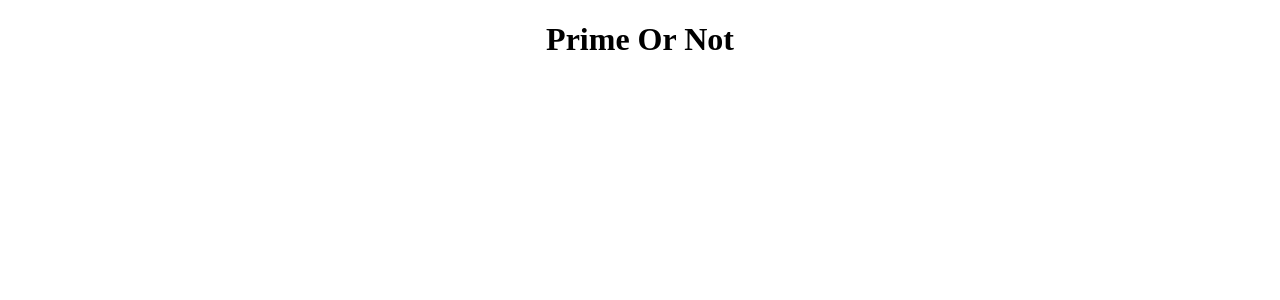
Repository: Gani25/adv_java_b2
Page: http://localhost/jsp_demo/check_number.jsp
An editor plug-in stored every save of this project. The page is shown before and after the next save, followed by the edit.
The browser window is 1280 px wide. The pictures show the whole page.
The page is served by Tomcat 9.

Above is the page before, as saved 2025-08-25 10:15:40.

After the next save:
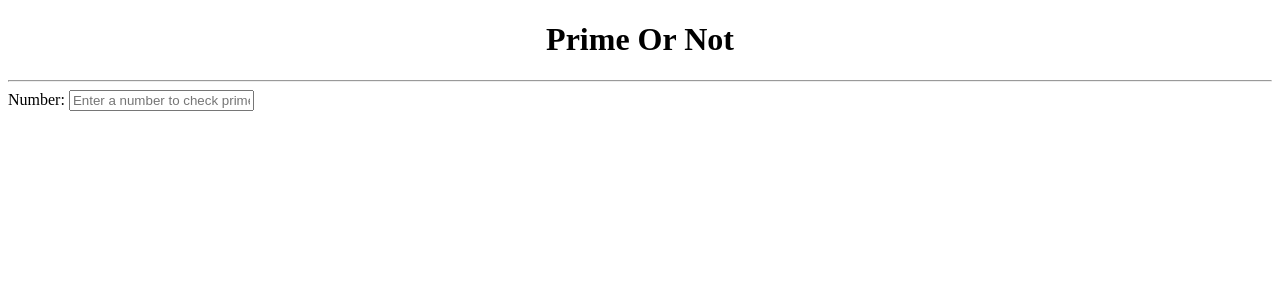
Saved 62 s later.
--- a/jsp_demo/src/main/webapp/check_number.jsp
+++ b/jsp_demo/src/main/webapp/check_number.jsp
@@ -8,5 +8,10 @@
 </head>
 <body>
 <h1 style="text-align: center">Prime Or Not</h1>
+<hr>
+<form action="#">
+	<label for="num">Number: </label>
+	<input type="text" id="num" name="number" placeholder="Enter a number to check prime or not">
+</form>
 </body>
 </html>
